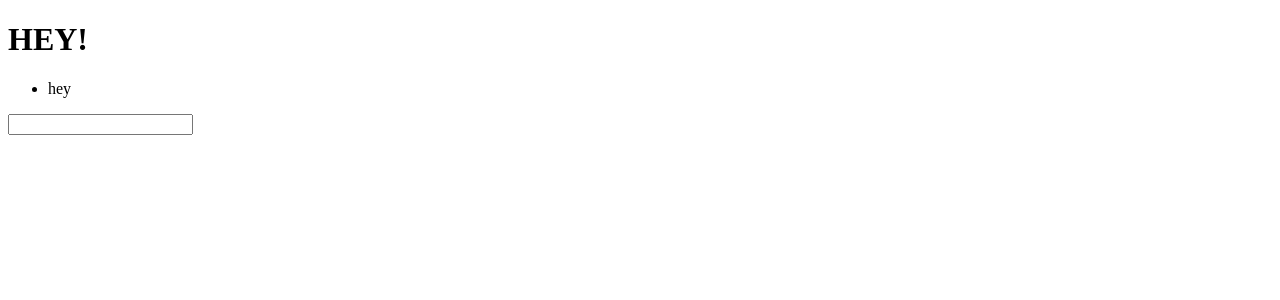
Repository: madebymt/chatbot
Page: /
These files come from the project's save history. The page is drawn as it stood at one moment and after the next save; the edit follows.
The browser window is 1280 px wide. The pictures show the whole page.
The project was rebuilt for these pictures with package versions that can differ from the ones it lists, and the page was loaded fresh each time.

Above is the page before, as saved 2019-04-18 20:50:05.

### src/index.js
import React from 'react';
import ReactDOM from 'react-dom';
import App from './App';
import {Provider} from 'react-redux';
import {store} from './chat';

ReactDOM.render(
    <Provider store={store}>
    <App/>
</Provider>, document.getElementById('root'));

### src/App.js
import React, {Component} from 'react';
import {connect} from 'react-redux';
import {sendMessage} from './chat';
import 'milligram';

class App extends Component {
  render() {
    const {feed, sendMessage} = this.props;
    return (
      <div className="App">
        <h1>HEY!</h1>
        < ul >
          {feed.map(entry => <li key={entry.id}>
            {entry.text}
          </li>)
}
        </ul>
        <input
          type="text"
          onKeyDown={(e) => e.keyCode === 13
          ? sendMessage(e.target.value)
          : null}/>
      </div>
    )
  }
}
const mapStateToProps = state => ({feed: state})
export default connect(mapStateToProps, {sendMessage})(App)

### src/chat.js
import {ApiAiClient} from "api-ai-javascript";
import {applyMiddleware, creatStore, createStore} from "redux";

const accessToken = "552363a2c43d41dfb9427c417121acec";
const client = new ApiAiClient({accessToken});

const ON_MESSAGE = "ON_MESSAGE";

export const sendMessage = (text, sender = "user") => ({
    type: ON_MESSAGE,
    payload: {
        text,
        sender
    }
});

const messageMiddleware = () => next => action => {
    next(action);
    if (action.type === ON_MESSAGE) {
        const {text} = action.payload;
        client
            .textRequest(text)
            .then(onSucess)
        function onSucess(response) {
            const {result: {}} = response;

            //next(sendMessage(speech, 'bot'));

        }
    }
}

const initState = [
    {
        text: 'hey'
    }
]

const messageReducer = (state = initState, action) => {
    switch (action.type) {
        case ON_MESSAGE:
            return [
                ...state,
                action.payload
            ];
        default:
            return state;
    }
}

export const store = createStore(messageReducer, applyMiddleware(messageMiddleware));

Loaded but not shown: public/index.html (common file)

After the next save:
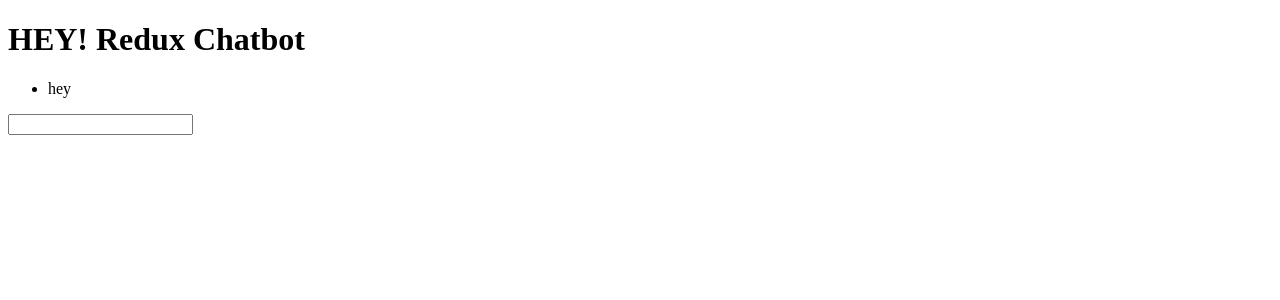
Saved 8 min 17 s later.
--- a/src/App.js
+++ b/src/App.js
@@ -8,7 +8,7 @@ class App extends Component {
     const {feed, sendMessage} = this.props;
     return (
       <div className="App">
-        <h1>HEY!</h1>
+        <h1>HEY! Redux Chatbot</h1>
         < ul >
           {feed.map(entry => <li key={entry.id}>
             {entry.text}
